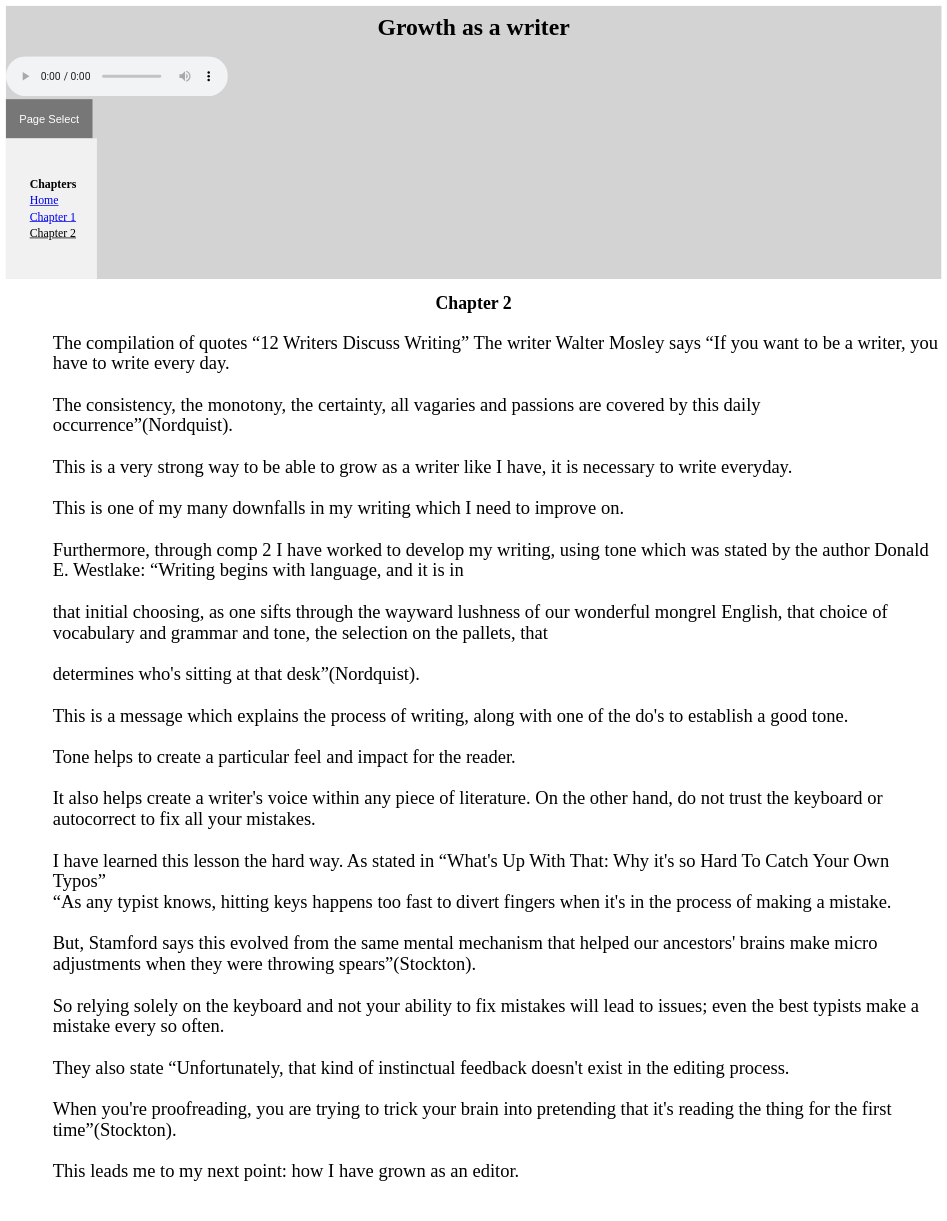
Repository: jpaisiem/WP-4
Page: Chapter2.html
An editor plug-in stored every save of this project. The page is shown before and after the next save, followed by the edit.
The browser window is 1280 px wide. The pictures show the whole page, at 74% of full size.

Above is the page before, as saved 2025-05-01 11:52:37.
Console error: TypeError: Cannot read properties of undefined (reading 'toggle')

### Chapter2.html
<!DOCTYPE html>
<html>
<head>
<meta name="viewport" content="width=device-width, initial-scale=1">
<style>
.collapsible {
  background-color: #777;
  color: white;
  cursor: pointer;
  padding: 18px;
  width: fit-content;
  border: none;
  text-align: left;
  outline: none;
  font-size: 15px;
}

.active, .collapsible:hover {
  background-color: #555;
}

.content {
  display: flex;
  flex-direction: column;
  overflow: hidden;
  background-color: #f1f1f1;
  width: fit-content;
  height: fit-content;
  padding-left: 2.3%;
  padding-right: 2%;
}
p
{
 font-size: 25px;
 text-align: left;
 margin-left: 5%;
}
</style>
<title>Growth as a writer - Chapter 2</title>
</head>
<body>
    <div style="background-color: lightgray; display: flex; flex-direction: column; margin-top: 0%;">
        <h1 style="text-align: center; background-color: lightgray; padding-top: 10px; margin-top: 0%;">Growth as a writer</h1>
        <div style="align-items: center;">
        <audio controls>
            <source src="audio.mp3" type="audio/mpeg">
        </audio>
        </div>
<button type="button" class="collapsible">Page Select</button>
<div class="content">
  <p><table>
    <tr>
        <th>Chapters</th>
    </tr>
    <tr>
        <td><a href="index.html">Home</a></td>
    </tr>
    <tr>
        <td><a href="Chapter1.html">Chapter 1</a></td>
    </tr>
     <tr>
        <td><a href="Chapter2.html" style="color: black;">Chapter 2</a></td>
    </tr>
  </table></p>
</div>
    </div>
<div style="text-align: center;">
     <h2 style="text-align: center;">Chapter 2</h2>
     <p> The compilation of quotes <q>12 Writers Discuss Writing</q> The writer Walter Mosley says <q>If you want to be a writer, you have to write every day. <br><br>
      The consistency, the monotony, the certainty, all vagaries and passions are covered by this daily occurrence</q>(Nordquist). <br><br>
      This is a very strong way to be able to grow as a writer like I have, it is necessary to write everyday. <br><br>
      This is one of my many downfalls in my writing which I need to improve on. <br><br>
      Furthermore, through comp 2 I have worked to develop my writing, using tone which was stated by the author Donald E. Westlake:  <q>Writing begins with language, and it is in <br><br>that initial choosing, as one sifts through the wayward lushness of our wonderful mongrel English, that choice of vocabulary and grammar and tone, the selection on the pallets, that <br><br>determines who&apos;s sitting at that desk</q>(Nordquist). <br><br>
      This is a message which explains the process of writing, along with one of the do's to establish a good tone.<br><br>
       Tone helps to create a particular feel and impact for the reader.<br><br>
        It also helps create a writer's voice within any piece of literature. On the other hand, do not trust the keyboard or autocorrect to fix all your mistakes. <br><br>
        I have learned this lesson the hard way.  As stated in <q>What's Up With That:  Why it's so Hard To Catch Your Own Typos</q> <br> <q>As any typist knows, hitting keys happens too fast to divert fingers when it&apos;s in the process of making a mistake.
        <br><br>
        But, Stamford says this evolved from the same mental mechanism that helped our ancestors' brains make micro adjustments when they were throwing spears</q>(Stockton). <br><br>
        So relying solely on the keyboard and not your ability to fix mistakes will lead to issues; even the best typists make a mistake every so often. <br><br>
        They also state <q>Unfortunately, that kind of instinctual feedback doesn&apos;t exist in the editing process. <br><br>
        When you&apos;re proofreading, you are trying to trick your brain into pretending that it&apos;s reading the thing for the first time</q>(Stockton).<br><br>
        This leads me to my next point: how I have grown as an editor. <br><br>
</p>
</div>
<script>
var coll = document.getElementsByClassName("collapsible");
var i;

for (i = 0; i < coll.length; i++) {
  coll[i].addEventListener("click", function() {
    this.classList.toggle("active");
    var content = this.nextElementSibling;
    if (content.style.display === "block") {
      content.style.display = "none";
    } else {
      content.style.display = "block";
    }
  });
}
if(location.reload){
    this.classList.toggle("collapsible");
}
</script>

</body>
</html>

After the next save:
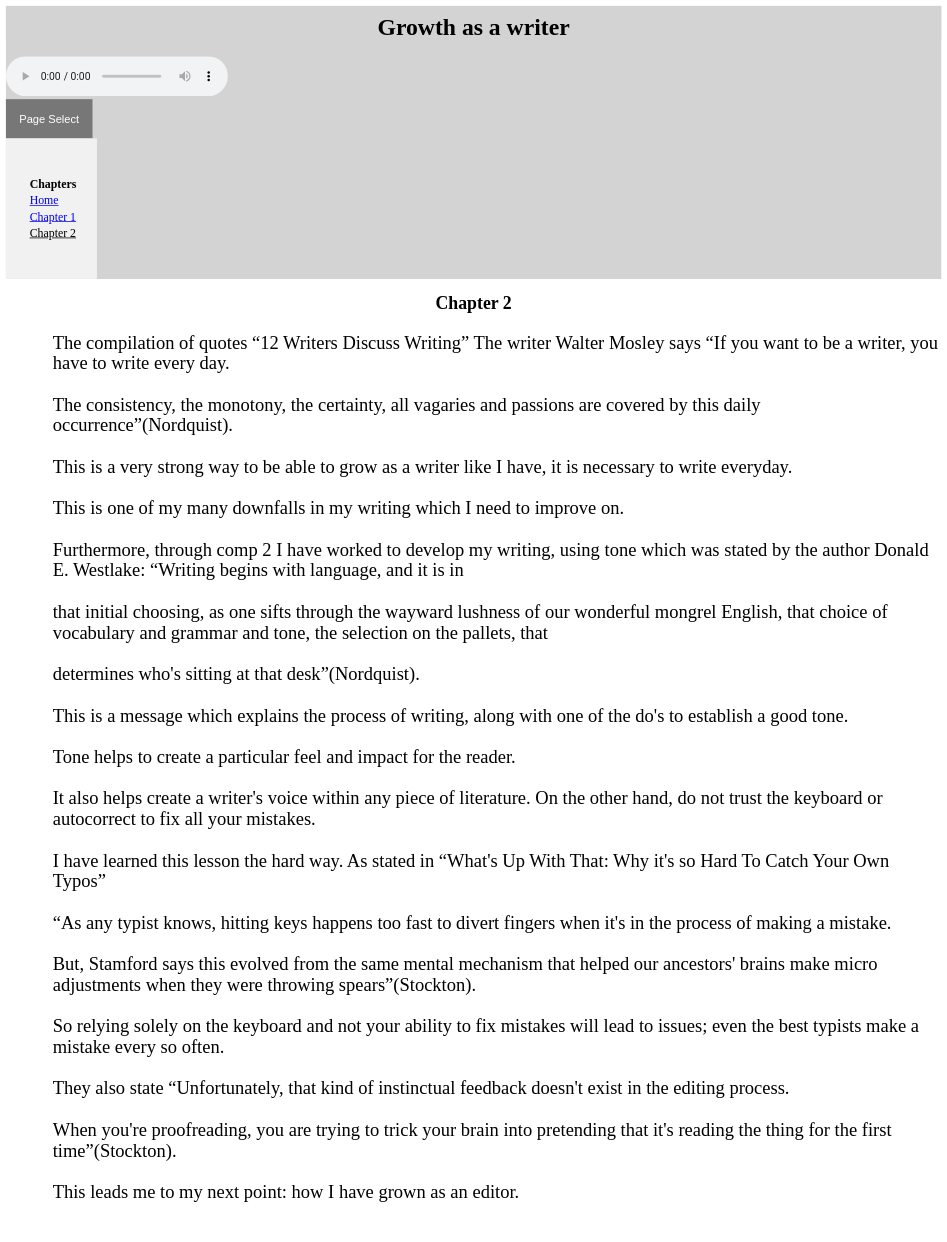
Saved 1 s later.
--- a/Chapter2.html
+++ b/Chapter2.html
@@ -74,7 +74,7 @@ p
       This is a message which explains the process of writing, along with one of the do's to establish a good tone.<br><br>
        Tone helps to create a particular feel and impact for the reader.<br><br>
         It also helps create a writer's voice within any piece of literature. On the other hand, do not trust the keyboard or autocorrect to fix all your mistakes. <br><br>
-        I have learned this lesson the hard way.  As stated in <q>What's Up With That:  Why it's so Hard To Catch Your Own Typos</q> <br> <q>As any typist knows, hitting keys happens too fast to divert fingers when it&apos;s in the process of making a mistake.
+        I have learned this lesson the hard way.  As stated in <q>What's Up With That:  Why it's so Hard To Catch Your Own Typos</q> <br><br> <q>As any typist knows, hitting keys happens too fast to divert fingers when it&apos;s in the process of making a mistake.
         <br><br>
         But, Stamford says this evolved from the same mental mechanism that helped our ancestors' brains make micro adjustments when they were throwing spears</q>(Stockton). <br><br>
         So relying solely on the keyboard and not your ability to fix mistakes will lead to issues; even the best typists make a mistake every so often. <br><br>
